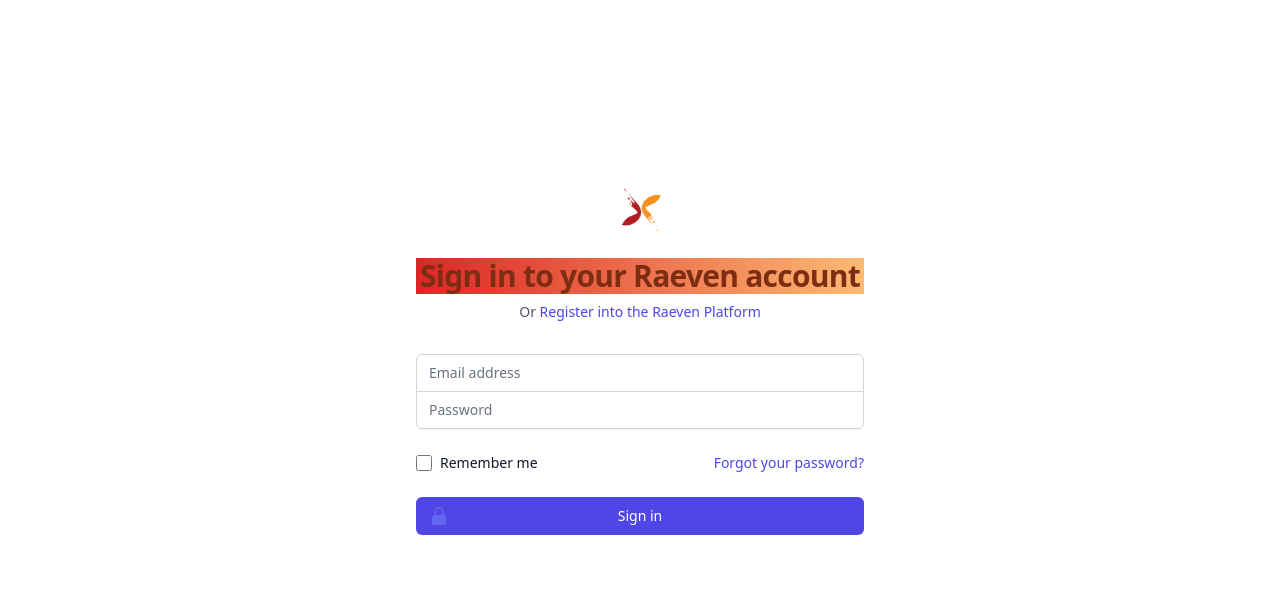
Repository: Curiosityxploring/raeven-site
Page: /login
These files come from the project's save history. The page is drawn as it stood at one moment and after the next save; the edit follows.
The browser window is 1280 px wide. The pictures show the whole page.
The project was rebuilt for these pictures with package versions that can differ from the ones it lists, and the page was loaded fresh each time. The framework's server and built-in components were replaced by stand-ins that run in the browser. Also part of the build but not shown: next.config.js.

Above is the page before, as saved 2023-01-12 15:22:48.

After the next save:
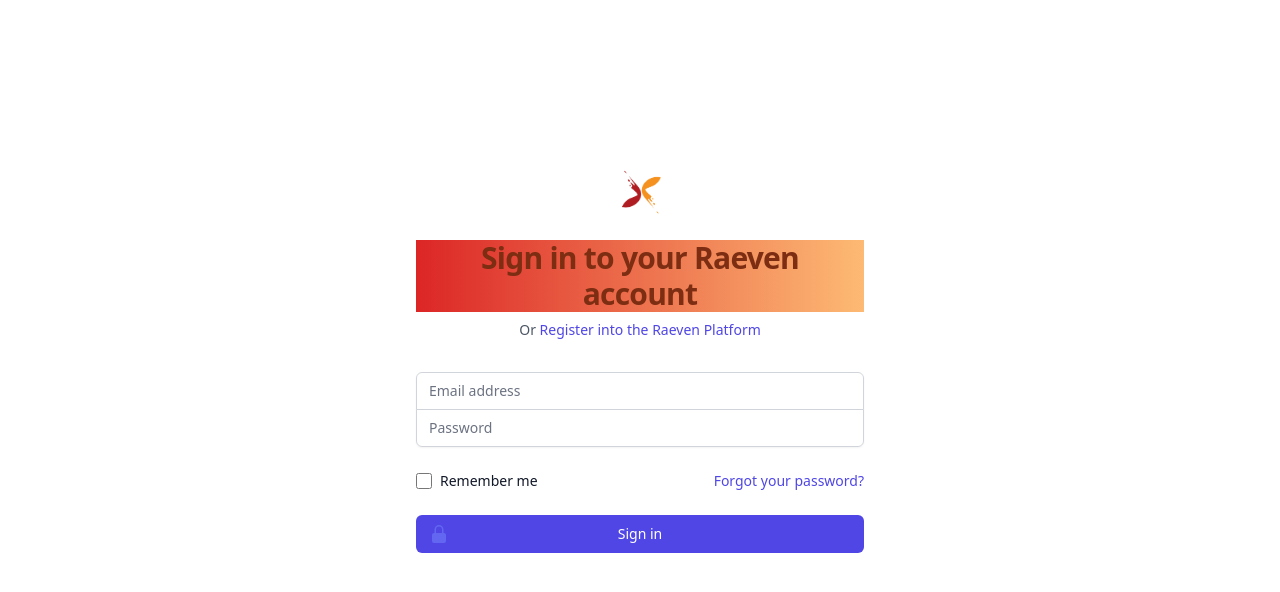
Saved 19 s later.
--- a/pages/login.jsx
+++ b/pages/login.jsx
@@ -20,7 +20,7 @@
               src="/images/curiositylogo.png"
               alt="Your Company"
             />
-            <h2 className="mt-6 text-center text-3xl font-bold tracking-tight text-orange-900  bg-gradient-to-r from-red-600 to-orange-300">
+            <h2 className="mt-6 text-center text-3xl font-bold tracking-tight text-orange-900 px-5 bg-gradient-to-r from-red-600 to-orange-300">
               Sign in to your Raeven account
             </h2>
             <p className="mt-2 text-center text-sm text-gray-600">
